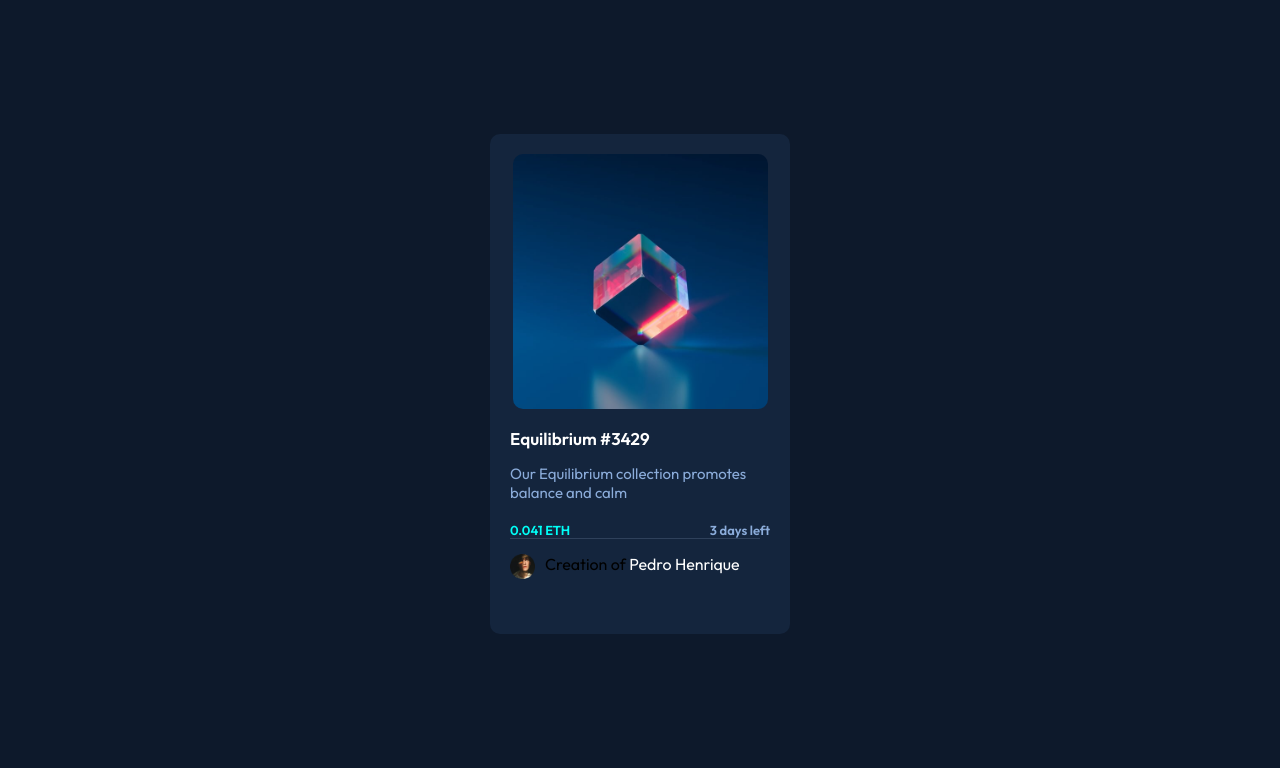
Repository: PedroHEAA/nft
Page: index.html
These files come from the project's save history. The page is drawn as it stood at one moment and after a run of saves; the edit follows.
The browser window is 1280 px wide. The pictures show the whole page.

Above is the page before, as saved 2022-11-03 20:59:44.

After the next 4 saves:
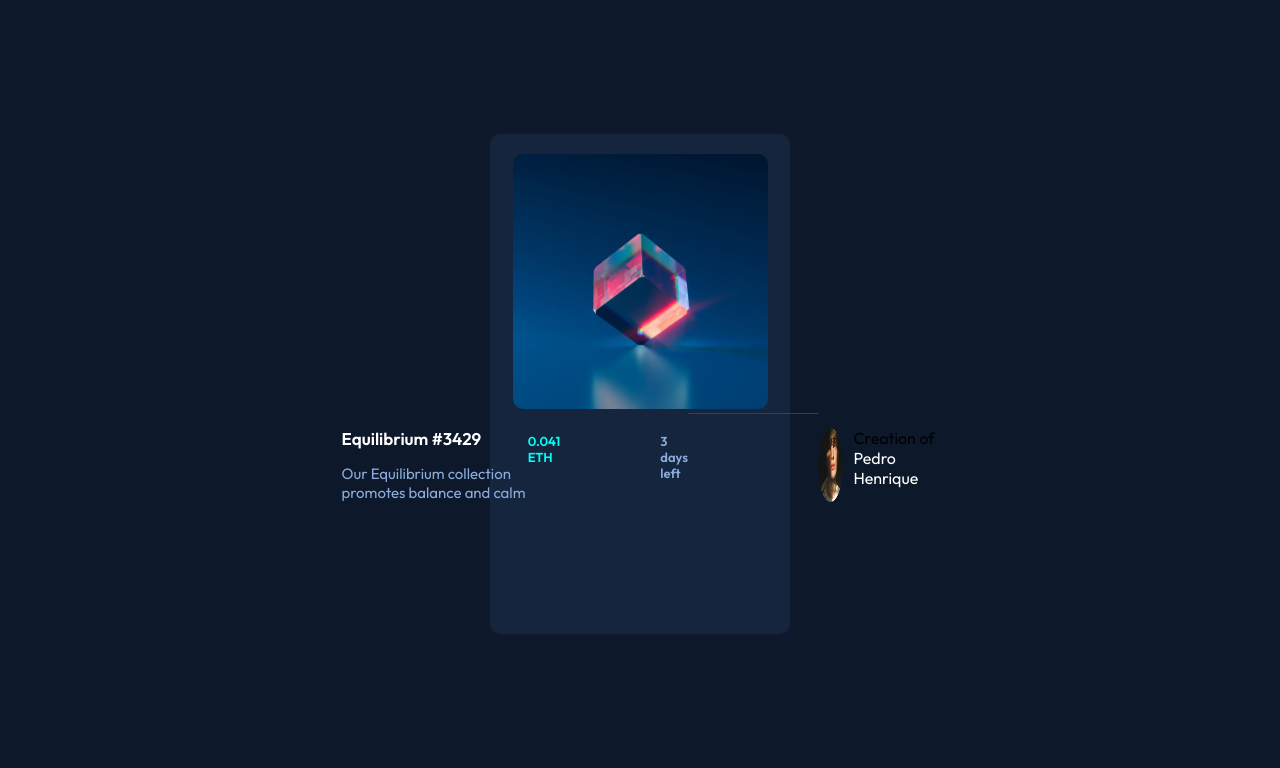
The 4 saves are shown as one change because they came seconds apart.
The last was saved 14 s later.
--- a/src/css/style.css
+++ b/src/css/style.css
@@ -75,3 +75,7 @@
     gap: 10px;
     margin-top: 15px;
 }
+
+.alinhar{
+    display: flex;
+}

After the 2 saves that followed:
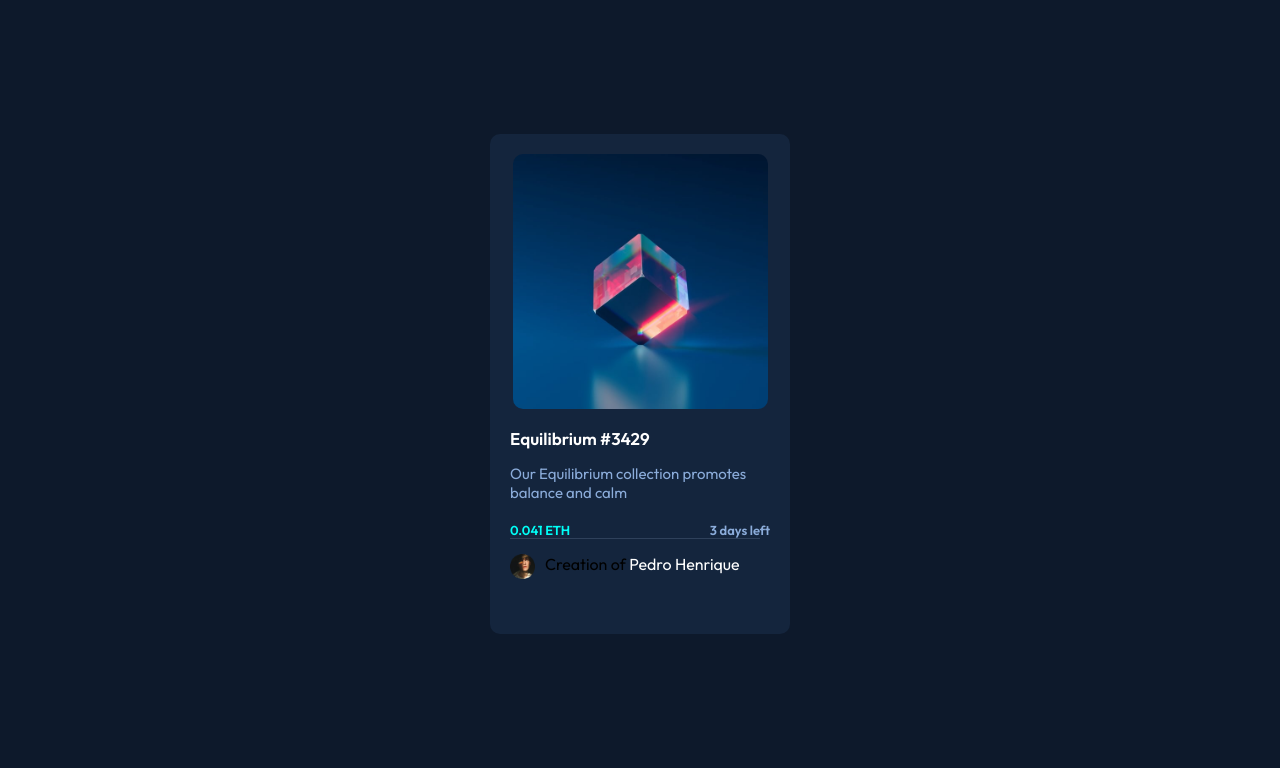
The 2 saves are shown as one change because they came seconds apart.
The last was saved 7 s later.
--- a/src/css/style.css
+++ b/src/css/style.css
@@ -78,4 +78,5 @@
 
 .alinhar{
     display: flex;
+    flex-direction: column;
 }
